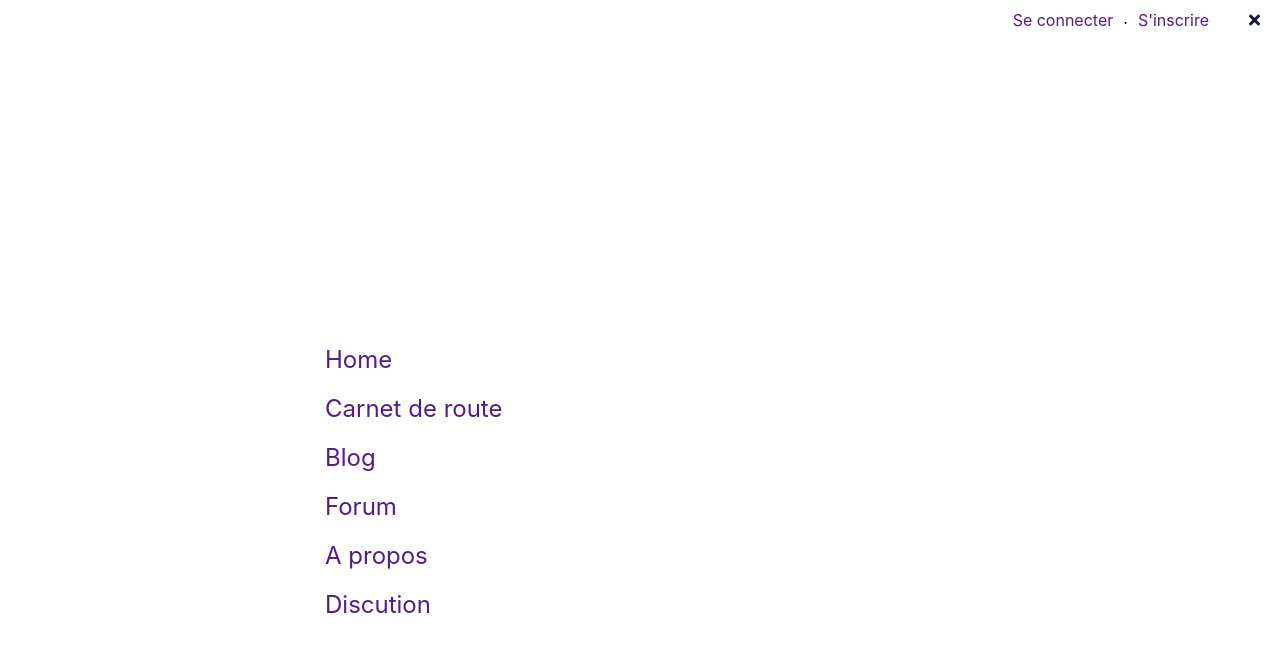
Repository: ypiard85/korean-place
Page: templates/home/index.html.twig
These files come from the project's save history. The page is drawn as it stood at one moment and after the next save; the edit follows.
The browser window is 1280 px wide. The pictures show the whole page.
Some web libraries are served in a nearby version. The page is a Twig template of a Symfony application; nobody is signed in and links lead nowhere. The template is opened directly, without the code that normally fills it, so the values that code supplies are empty.

Above is the page before, as saved 2021-02-10 23:24:14.

After the next save:
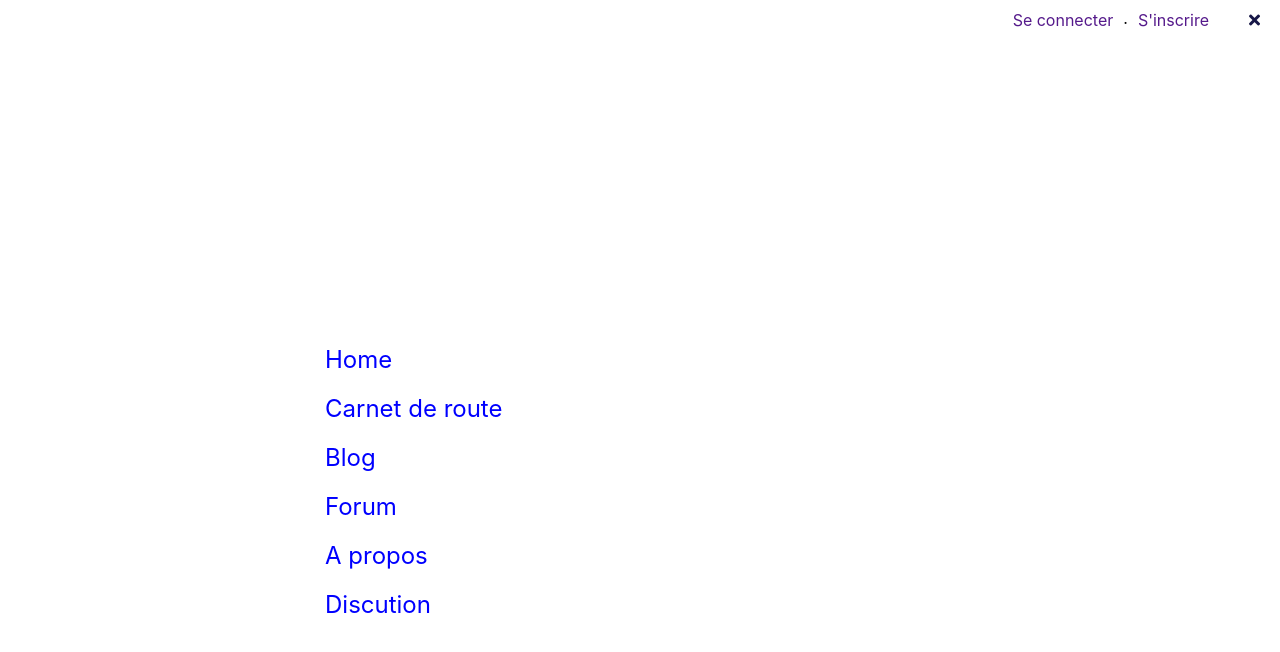
Saved 20 s later.
--- a/public/css/style.css
+++ b/public/css/style.css
@@ -52,7 +52,7 @@
     font-weight: 600;
 }
 
-.nav a:hover{
+.nav a:hover, .mobile_link a{
     color: var(--text-blue-dark-hover);
 }
 

After the save that followed:
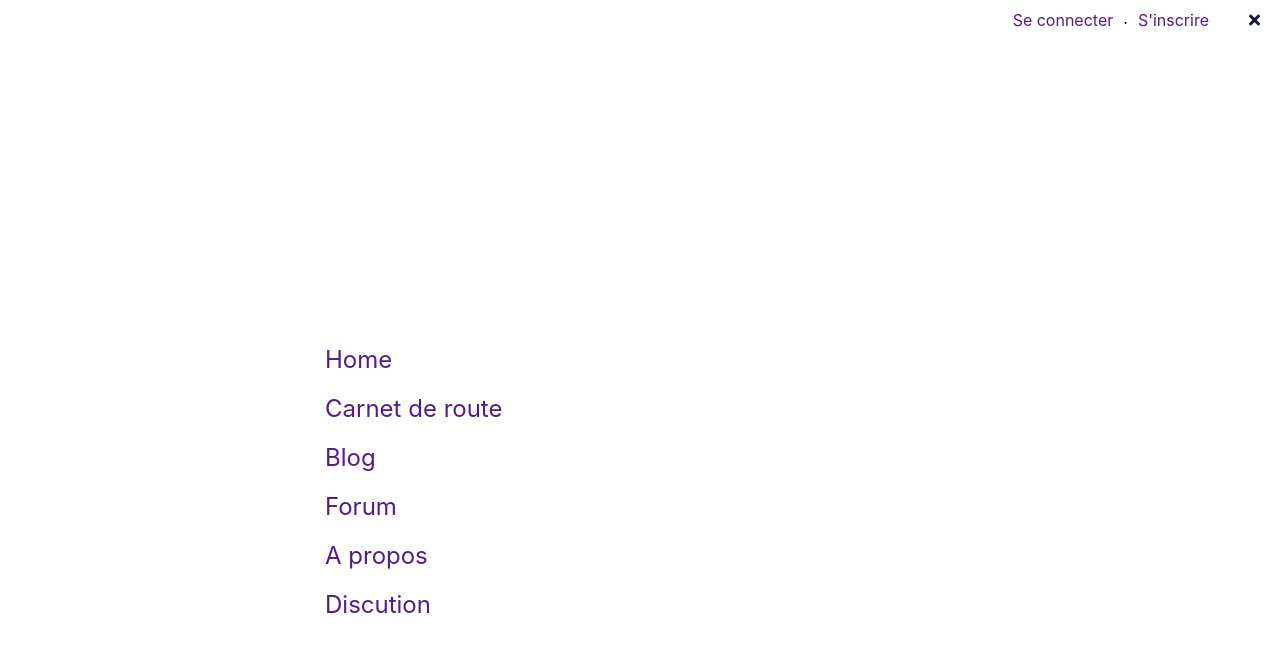
Saved 5 s later.
--- a/public/css/style.css
+++ b/public/css/style.css
@@ -52,7 +52,7 @@
     font-weight: 600;
 }
 
-.nav a:hover, .mobile_link a{
+.nav a:hover, .mobile_link a:hover{
     color: var(--text-blue-dark-hover);
 }
 
